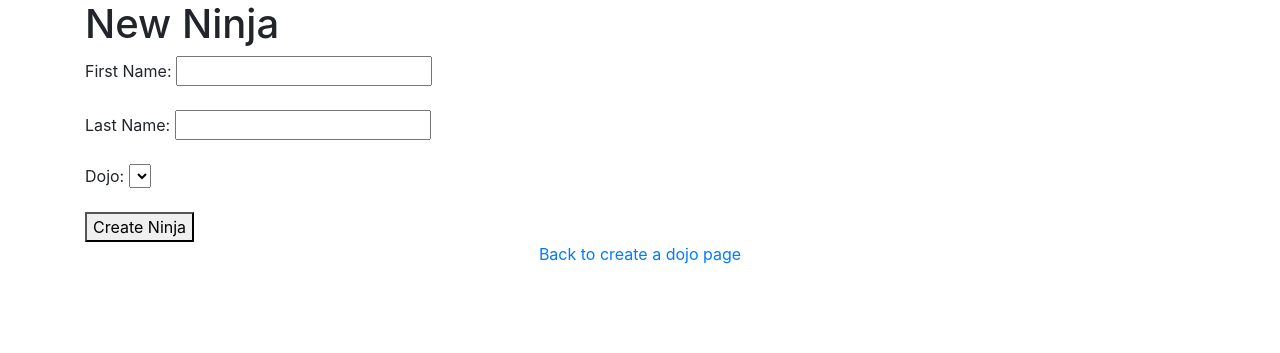
Repository: Java-October-2020/Lance-S-Assignments
Page: http://localhost/dojosAndNinjas/WEB-INF/newNinja.jsp
An editor plug-in stored every save of this project. The page is shown before and after a run of saves, followed by the edit.
The browser window is 1280 px wide. The pictures show the whole page.
The page is served by Tomcat 9. Nobody is signed in. Other server files are loaded and not shown. The template is opened directly, without the code that normally fills it, so the values that code supplies are empty.

Above is the page before, as saved 2020-10-31 03:59:48.

### dojosAndNinjas/src/main/webapp/WEB-INF/newNinja.jsp
<%@ page language="java" contentType="text/html; charset=UTF-8" pageEncoding="UTF-8"%>
<%@ taglib prefix="c" uri="http://java.sun.com/jsp/jstl/core" %>
<%@ taglib prefix="form" uri="http://www.springframework.org/tags/form" %>
<!DOCTYPE html>
<html>
<head>

	<link href="https://stackpath.bootstrapcdn.com/bootstrap/4.3.1/css/bootstrap.min.css"
		rel="stylesheet"
		integrity="sha384-ggOyR0iXCbMQv3Xipma34MD+dH/1fQ784/j6cY/iJTQUOhcWr7x9JvoRxT2MZw1T"
		crossorigin="anonymous">

	<link href="/css/stylesheet.css" rel="stylesheet" type="text/css"/>

	<meta charset="ISO-8859-1">
	<title>Create new Ninja</title>
</head>
<body>
	<div class="container">
		<div id="form">
				<h1>New Ninja</h1>
				<form:form action="/ninjas/new" method="POST" modelAttribute="ninja">
				<div class="form-group">
					<form:label path="firstName">First Name:
					<form:errors path="firstName"/>
					<form:input path="firstName"/>
				</form:label>
				</div>
					<div class="form-group">
					<form:label path="lastName">Last Name:
					<form:errors path="lastName"/>
					<form:input path="lastName"/>
				</form:label>
				</div>
				<div class="form-group">
					<form:label path="dojo">Dojo:
					<form:errors path="dojo"/>
					<form:select path="dojo">
						<c:forEach items="${dojos}" var="dojo">
							<form:option value="${dojo.id}">${dojo.name}</form:option>
						</c:forEach>
					</form:select>
					</form:label>
				</div>
					<button>Create Ninja</button>
				</form:form>

		</div>
		<div class="contents">
			<a href="/dojo/new">Back to create a dojo page</a>
		</div>
</body>
</html>

### dojosAndNinjas/src/main/resources/static/css/stylesheet.css
@charset "UTF-8";
*
{
	margin: 0px;
}
.header
{
	width: 100%;
	height: 50px;
	background-color: darkblue;
}
	.header h3
	{
		color: white;
	}
.contents
{
	text-align: center;
}

After the next 3 saves:
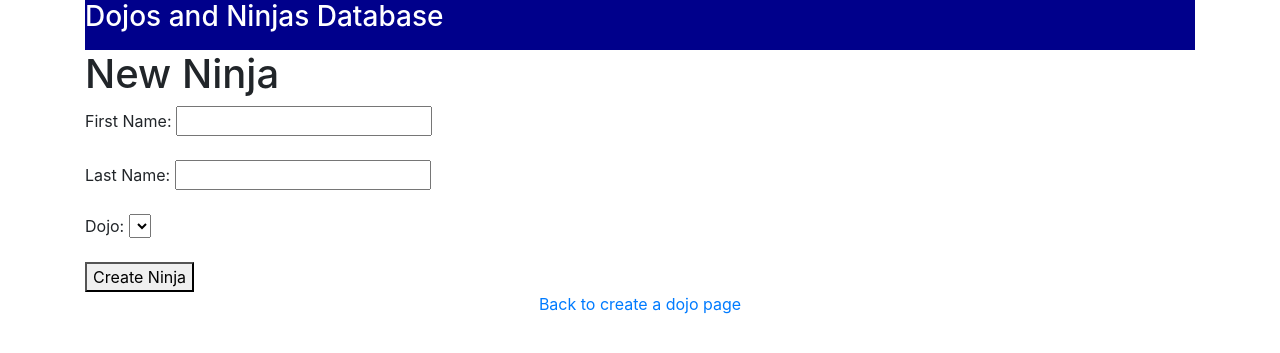
The 3 saves are shown as one change because they came seconds apart.
The last was saved 85 s later.
--- a/dojosAndNinjas/src/main/webapp/WEB-INF/newNinja.jsp
+++ b/dojosAndNinjas/src/main/webapp/WEB-INF/newNinja.jsp
@@ -17,6 +17,11 @@
 </head>
 <body>
 	<div class="container">
+
+		<div class="header">
+			<h3>Dojos and Ninjas Database</h3>
+		</div>
+
 		<div id="form">
 				<h1>New Ninja</h1>
 				<form:form action="/ninjas/new" method="POST" modelAttribute="ninja">
